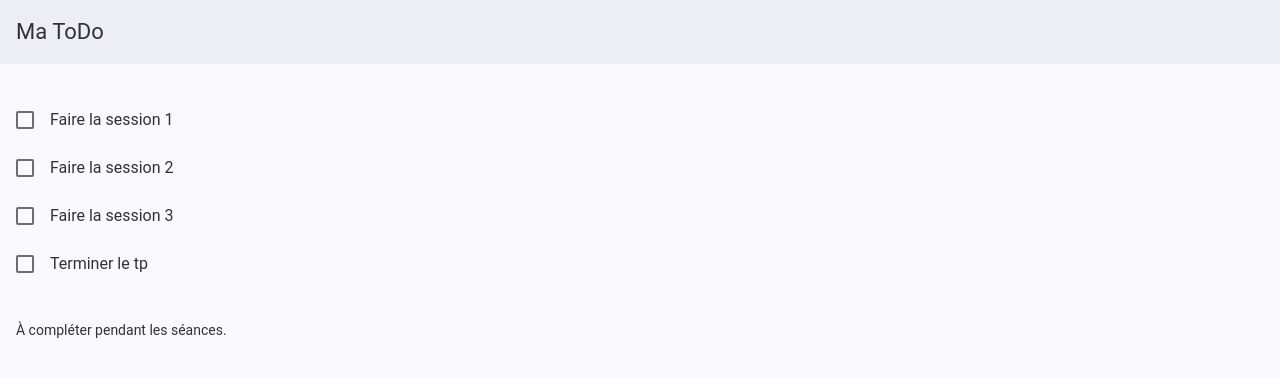
Repository: Hashidaru978/MaToDo-F7
Page: index.html
These files come from the project's save history. The page is drawn as it stood at one moment and after the next save; the edit follows.
The browser window is 1280 px wide. The pictures show the whole page.

Above is the page before, as saved 2026-05-28 10:23:16.

### index.html
<!doctype html>
<html lang="fr">

<head>
    <meta charset="utf-8" />
    <meta name="viewport"
        content="width=device-width, initial-scale=1, maximum-scale=1, minimum-scale=1, viewport-fit=cover" />
    <meta name="theme-color" content="#e8590c" />
    <title>Ma ToDo</title>

    <!-- Framework7 (CSS) -->
    <link rel="stylesheet" href="lib/framework7-bundle.min.css" />
    <!-- Police d'icônes Framework7 -->
    <link rel="stylesheet" href="lib/framework7-icons/css/framework7-icons.css" />
    <!-- Styles de l'application -->
    <link rel="stylesheet" href="css/app.css" />
</head>

<body>
    <div id="app">
        <div class="view view-main view-init safe-areas">
            <div class="page">
                <!-- Barre de navigation (haut) -->
                <div class="navbar">
                    <div class="navbar-bg"></div>
                    <div class="navbar-inner">
                        <div class="title">Ma ToDo</div>
                    </div>
                </div>

                <div class="page-content">
                    <!-- =====================================================
               SÉANCE 1 : afficher ici une liste de tâches EN DUR
                 (composant "list" avec des cases à cocher) . -->
                    <div class="list">
                        <ul>
                            <li class="item-content">
                                <div class="item-media">
                                    <label class="checkbox">
                                        <input type="checkbox">
                                        <i class="icon-checkbox"></i>
                                    </label>
                                </div>
                                <div class="item-inner">
                                    <div class="item-title">Faire la session 1</div>
                                </div>
                            </li>

                            <li class="item-content">
                                <div class="item-media">
                                    <label class="checkbox">
                                        <input type="checkbox">
                                        <i class="icon-checkbox"></i>
                                    </label>
                                </div>
                                <div class="item-inner">
                                    <div class="item-title">Faire la session 2</div>
                                </div>
                            </li>

                            <li class="item-content">
                                <div class="item-media">
                                    <label class="checkbox">
                                        <input type="checkbox">
                                        <i class="icon-checkbox"></i>
                                    </label>
                                </div>
                                <div class="item-inner">
                                    <div class="item-title">Faire la session 3</div>
                                </div>
                            </li>

                            <li class="item-content">
                                <div class="item-media">
                                    <label class="checkbox">
                                        <input type="checkbox">
                                        <i class="icon-checkbox"></i>
                                    </label>
                                </div>
                                <div class="item-inner">
                                    <div class="item-title">Terminer le tp</div>
                                </div>
                            </li>
                        </ul>
                    </div>
                    <!-- SÉANCE 2 : ajouter un champ + un bouton, puis
                 générer la liste à partir d'un tableau JS
                 (voir js/app.js). Ajouter / supprimer une tâche.

               SÉANCE 3 : cocher/décocher, compteur, filtres,
                 puis sauvegarde avec localStorage.
               ===================================================== -->
                    <div class="block">
                        <p class="text-color-gray">
                            À compléter pendant les séances.
                        </p>
                    </div>
                </div>
            </div>
        </div>
    </div>

    <!-- Framework7 (JS) -->
    <script src="lib/framework7-bundle.min.js"></script>
    <script src="js/app.js"></script>
</body>

</html>

### lib/framework7-icons/css/framework7-icons.css
@font-face {
  font-family: 'Framework7 Icons';
  font-style: normal;
  font-weight: 400;
  src: url('../fonts/Framework7Icons-Regular.woff2') format('woff2'),
    url('../fonts/Framework7Icons-Regular.woff') format('woff'),
    url('../fonts/Framework7Icons-Regular.ttf') format('truetype');
}

.f7-icons,
.framework7-icons {
  font-family: 'Framework7 Icons';
  font-weight: normal;
  font-style: normal;
  font-size: 28px;
  line-height: 1;
  letter-spacing: normal;
  text-transform: none;
  display: inline-block;
  white-space: nowrap;
  word-wrap: normal;
  direction: ltr;
  -webkit-font-smoothing: antialiased;
  text-rendering: optimizeLegibility;
  -moz-osx-font-smoothing: grayscale;
  -webkit-font-feature-settings: 'liga';
  -moz-font-feature-settings: 'liga=1';
  -moz-font-feature-settings: 'liga';
  font-feature-settings: 'liga';
  text-align: center;
}

### css/app.css
/* ============================================================
   Ma ToDo — styles de l'application
   ============================================================ */

/* Couleur principale du thème (vert) */
:root {
    --f7-theme-color: #6dd275;
    --f7-theme-color-rgb: 109, 210, 117;
    --f7-theme-color-shade: #cf5009;
    --f7-theme-color-tint: #f06a1e;
}

.page-content {
    padding-bottom: 16px;
}

/* SÉANCE 3 : ajouter ici le style de la tâche cochée (texte barré) */

### js/app.js
// ============================================================
//  Ma ToDo — point de départ
//  Écran unique, sans routage.
// ============================================================

var $$ = Dom7; // utilitaire DOM intégré à Framework7

var app = new Framework7({
    el: '#app',
    name: 'MaToDo',
    theme: 'auto',
});

// ------------------------------------------------------------
//  SÉANCE 2 — déclarer le tableau des tâches, puis :
//    - une fonction afficher() qui construit la liste
//    - une fonction ajouterTache(texte)
//    - une fonction supprimerTache(id)

var taches = [
  { id: 1, texte: "Réviser l'algorithmique",        fait: false },
  { id: 2, texte: "Faire les exercices Framework7", fait: true  },
];


//
//  SÉANCE 3 — ajouter :
//    - basculerTache(id) pour cocher / décocher
//    - le compteur de tâches restantes
//    - les filtres (Toutes / À faire / Faites)
//    - chargerTaches() et sauvegarder() avec localStorage
// ------------------------------------------------------------

// Exemple de structure de données (à activer en séance 2) :
// var taches = [
//   { id: 1, texte: "Réviser l'algorithmique", fait: false },
// ];

Loaded but not shown: lib/framework7-bundle.min.css (library); lib/framework7-bundle.min.js (library)

After the next save:
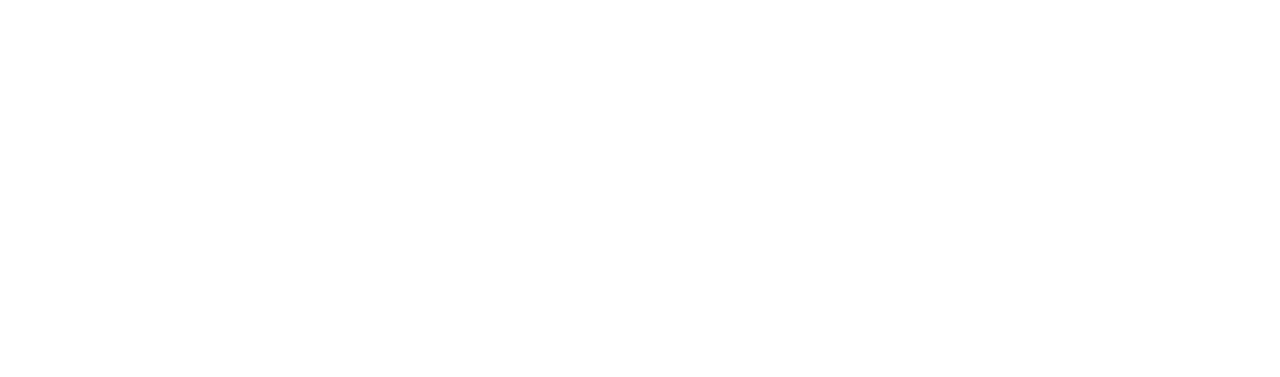
Console error: SyntaxError: Unexpected token ']'
Saved 106 s later.
--- a/js/app.js
+++ b/js/app.js
@@ -18,8 +18,12 @@
 //    - une fonction supprimerTache(id)
 
 var taches = [
-  { id: 1, texte: "Réviser l'algorithmique",        fait: false },
-  { id: 2, texte: "Faire les exercices Framework7", fait: true  },
+  { id: 1, texte: "Faire la session1", fait: false },
+  { id: 2, texte: "Faire la session2", fait: true  },
+  { id: 1, texte: "Faire la session3", fait: false },
+  { id: 2, texte: "Completez le tp", fait: true  },
+];
+
 ];
 
 

After the 2 saves that followed:
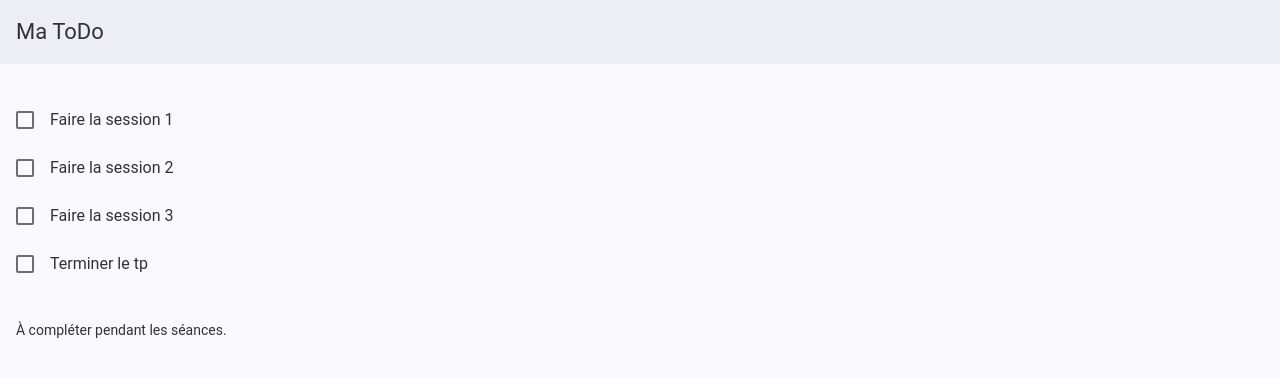
The error is gone.
The 2 saves are shown as one change because 1 left the picture as it was.
The last was saved 12 s later.
--- a/js/app.js
+++ b/js/app.js
@@ -21,9 +21,7 @@
   { id: 1, texte: "Faire la session1", fait: false },
   { id: 2, texte: "Faire la session2", fait: true  },
   { id: 1, texte: "Faire la session3", fait: false },
-  { id: 2, texte: "Completez le tp", fait: true  },
-];
-
+  { id: 2, texte: "Completez le tp",   fait: true  },
 ];
 
 
